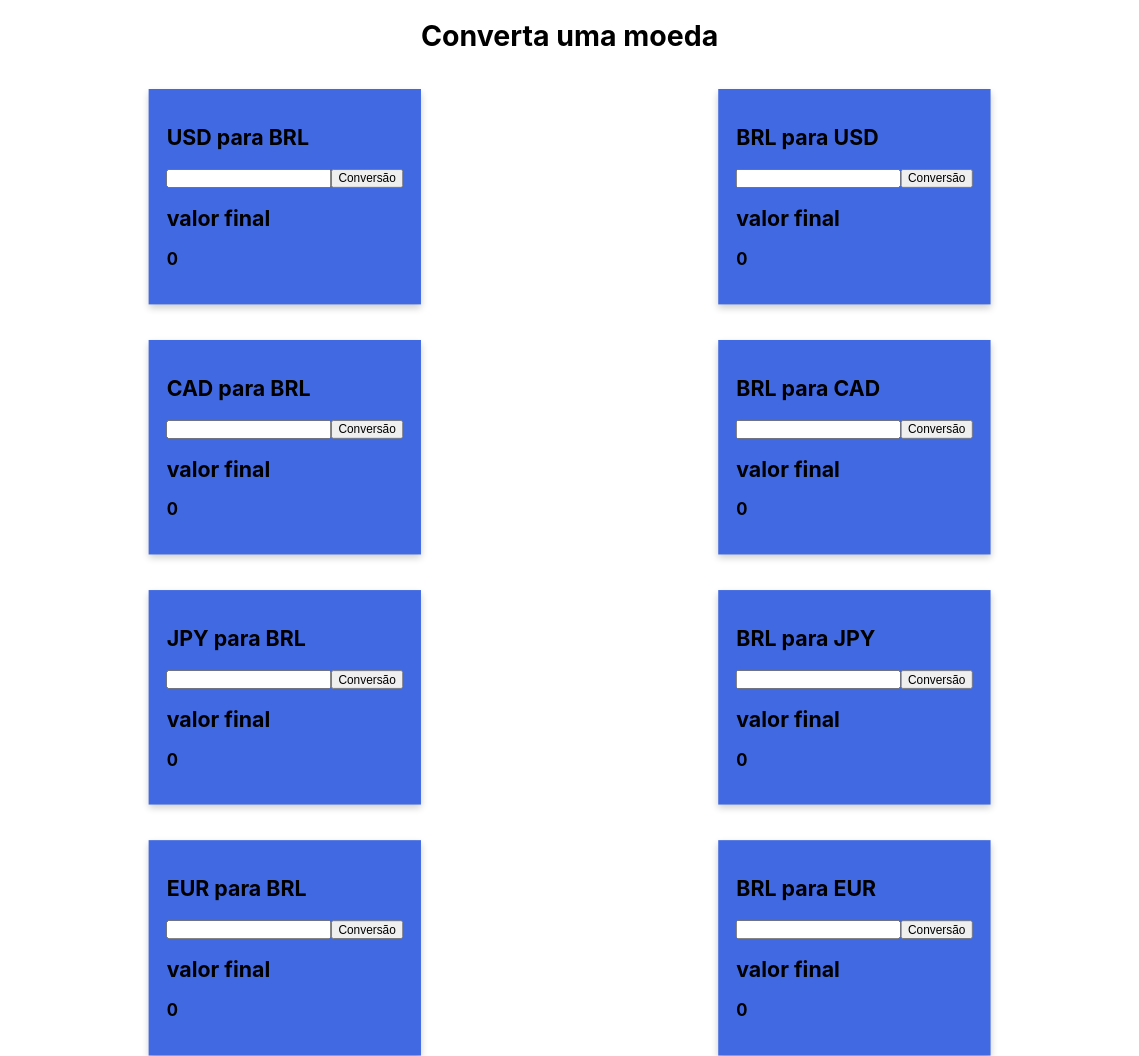
Repository: DeanLemosXD/Currency-converter
Page: /
These files come from the project's save history. The page is drawn as it stood at one moment and after the next save; the edit follows.
The browser window is 1280 px wide. The pictures show the whole page, at 89% of full size.
The project was rebuilt for these pictures with package versions that can differ from the ones it lists, and the page was loaded fresh each time.

Above is the page before, as saved 2021-10-19 18:21:53.

After the next save:
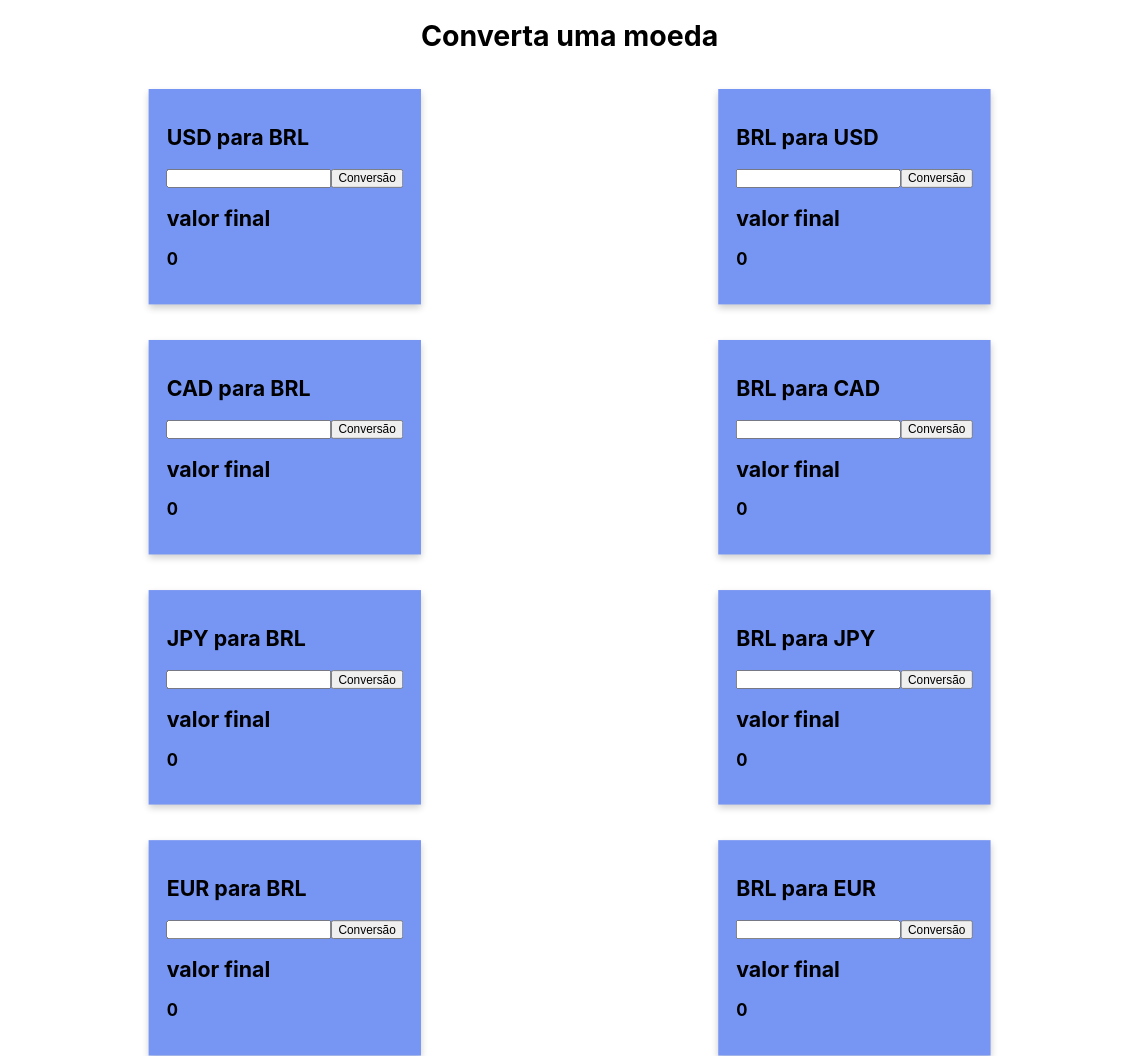
Saved 6 s later.
--- a/src/components/conversor.css
+++ b/src/components/conversor.css
@@ -2,5 +2,5 @@
         padding: 20px;
         max-width: 300px;
         box-shadow: 0 4px 8px 0 rgba(0, 0, 0, 0.2);
-        background-color: royalblue;
+        background-color: rgb(119, 150, 243);
 }
